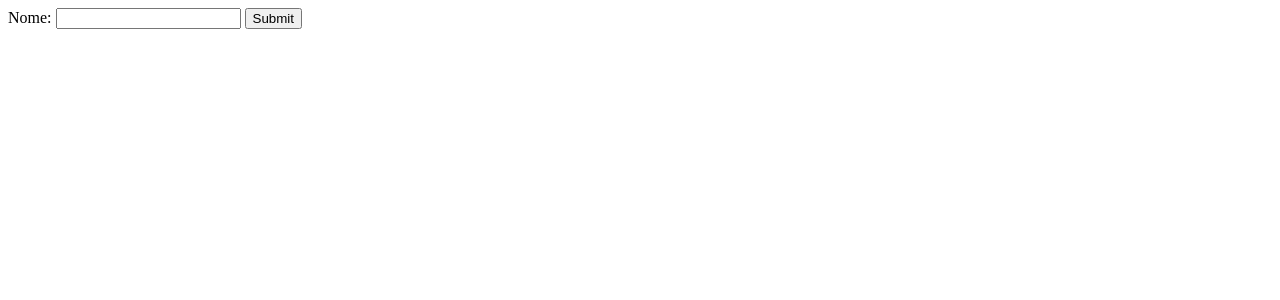
Repository: caroldf07/orange-talents-02-template-casa-do-codigo
Page: http://localhost/gerenciador/formNovaEmpresa.jsp
An editor plug-in stored every save of this project. The page is shown before and after the next save, followed by the edit.
The browser window is 1280 px wide. The pictures show the whole page.
The page is served by Tomcat 9.

Above is the page before, as saved 2021-02-04 15:17:43.

After the next save:
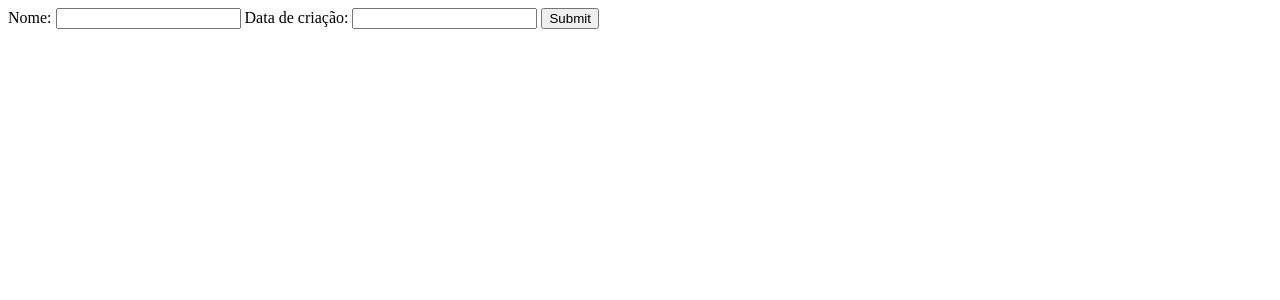
Saved 23 s later.
--- a/gerenciador/WebContent/formNovaEmpresa.jsp
+++ b/gerenciador/WebContent/formNovaEmpresa.jsp
@@ -10,6 +10,7 @@
 <body>
 	<form action="${linkNovaEmpresa }" method="POST">
 		Nome: <input type="text" name="empresa"/>
+		Data de criação: <input type="text" name="dataCriacao"/>
 
 		<input type="submit"/>
 	</form>
